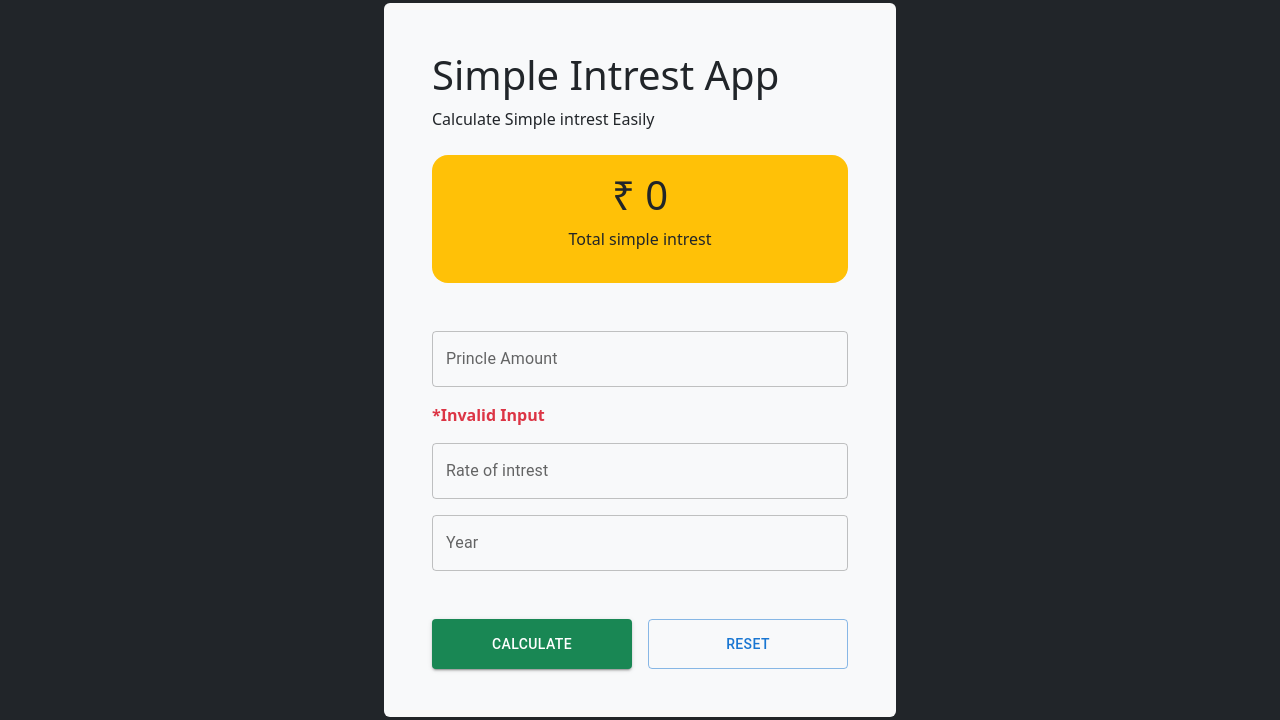
Repository: Afraz13/simple-intrest
Page: /
These files come from the project's save history. The page is drawn as it stood at one moment and after a run of saves; the edit follows.
The browser window is 1280 px wide. The pictures show the whole page.
The project was rebuilt for these pictures with package versions that can differ from the ones it lists, and the page was loaded fresh each time. Also part of the build but not shown: src/index.css, src/App.css.

Above is the page before, as saved 2024-07-16 12:16:21.

### public/index.html
<!DOCTYPE html>
<html lang="en">
  <head>
    <meta charset="utf-8" />

    <meta name="viewport" content="width=device-width, initial-scale=1" />
    <link href="https://cdn.jsdelivr.net/npm/bootstrap@5.3.3/dist/css/bootstrap.min.css" rel="stylesheet" integrity="sha384-QWTKZyjpPEjISv5WaRU9OFeRpok6YctnYmDr5pNlyT2bRjXh0JMhjY6hW+ALEwIH" crossorigin="anonymous">

    <title>Simple Intrest</title>
  </head>
  <body>

    <div id="root"></div>

  </body>
</html>

### src/App.js

import './App.css';
import { TextField } from '@mui/material';
import Stack from '@mui/material/Stack';
import { Button } from '@mui/material';
import { useState } from 'react';


function App() {

  const [interest, setInterest]=useState(0)
  const [principle, setPrinciple] = useState(0)
  const [rate, setRate]=useState(0)
  const [year, setYear]=useState(0)
  const [isprinciple, setIsprinciple]=useState(true)

  const getValidate =(e)=>{
    const {name,value}=e.target
    // console.log(name,value);
    // !!value.match(/^[0-9]$/) !!if convert into boolean
    if(!!value.match(/^[0-9]$/) ){
      setPrinciple(value)
      setIsprinciple(true)
    }
    else{
      setPrinciple(value)
      setIsprinciple(true)
    }


  }

  return (
    <div style={{height:'100vh'}} className='d-flex justify-content-center align-items-center w-100 bg-dark'>
    <div className='bg-light p-5 rounded'>
    <h1>Simple Intrest App</h1>
    <p>Calculate Simple intrest Easily</p>
    <div className='bg-warning d-flex justify-content-center align-items-center p-3 flex-column rounded-4 mt-4 '>
      <h1>₹ {interest}</h1>
      <p>Total simple intrest</p>
    </div>
    <form action="" className='mt-5'>
     <div className='mb-3'>
     <TextField value={principle || ""} name='principle' onChange={(e)=>getValidate(e)}  className='w-100' id="outlined-basic" label="Princle Amount" variant="outlined" />
     </div>
     {
      <div>
      <p className='text-danger fw-bold'>*Invalid Input</p>
     </div>
     }
     <div className='mb-3'>
     <TextField value={rate || ""} className='w-100' id="outlined-basic" label="Rate of intrest" variant="outlined" />
     </div>
     <div className='mb-3'>
     <TextField value={year || ""} className='w-100' id="outlined-basic" label="Year" variant="outlined" />
     </div>
     <Stack className='mt-5' direction="row" spacing={2}>
     <Button className='bg-success' style={{width:'200px',height:'50px'}} variant="contained">Calculate</Button>
     <Button variant="outlined" style={{width:'200px',height:'50px'}}>Reset</Button>
</Stack>
    </form>
    </div>
    </div>
  );
}

export default App;

Loaded but not shown: src/index.js (common file)

After the next 2 saves:
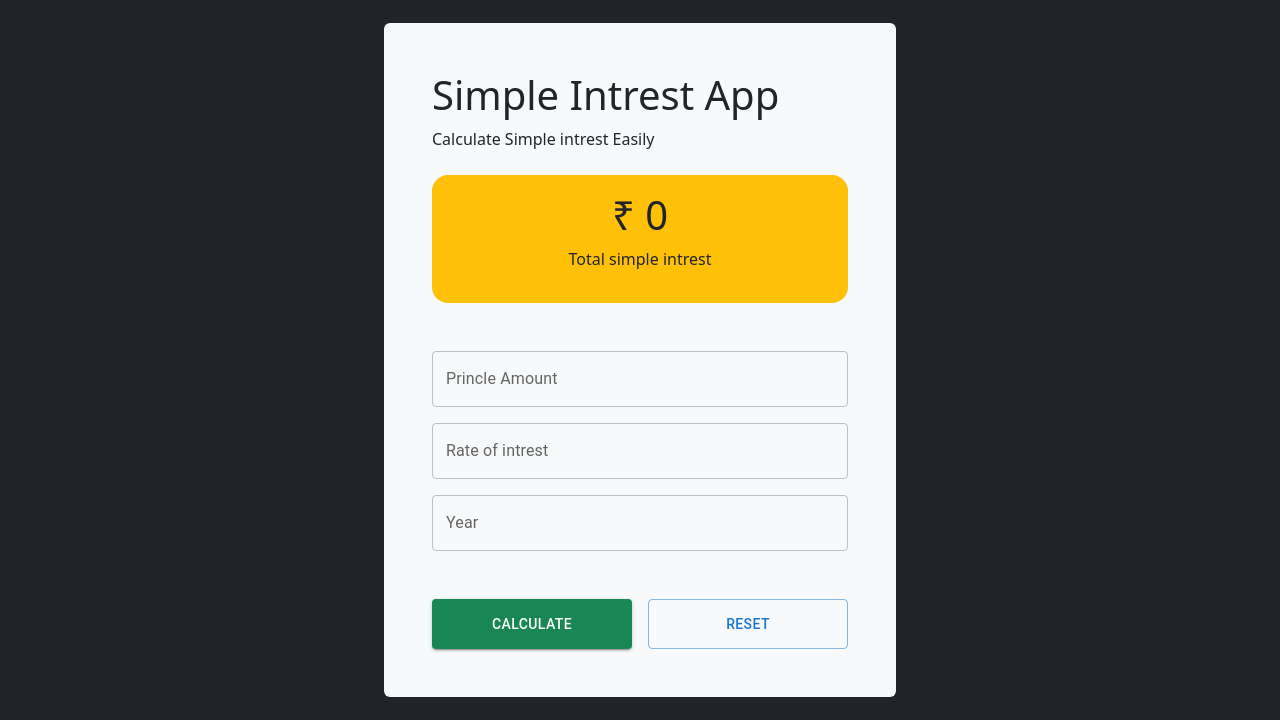
The 2 saves are shown as one change because 1 did not build or start.
The last was saved 20 s later.
--- a/src/App.js
+++ b/src/App.js
@@ -43,7 +43,7 @@ function App() {
      <div className='mb-3'>
      <TextField value={principle || ""} name='principle' onChange={(e)=>getValidate(e)}  className='w-100' id="outlined-basic" label="Princle Amount" variant="outlined" />
      </div>
-     {
+     {!isprinciple&&
       <div>
       <p className='text-danger fw-bold'>*Invalid Input</p>
      </div>
